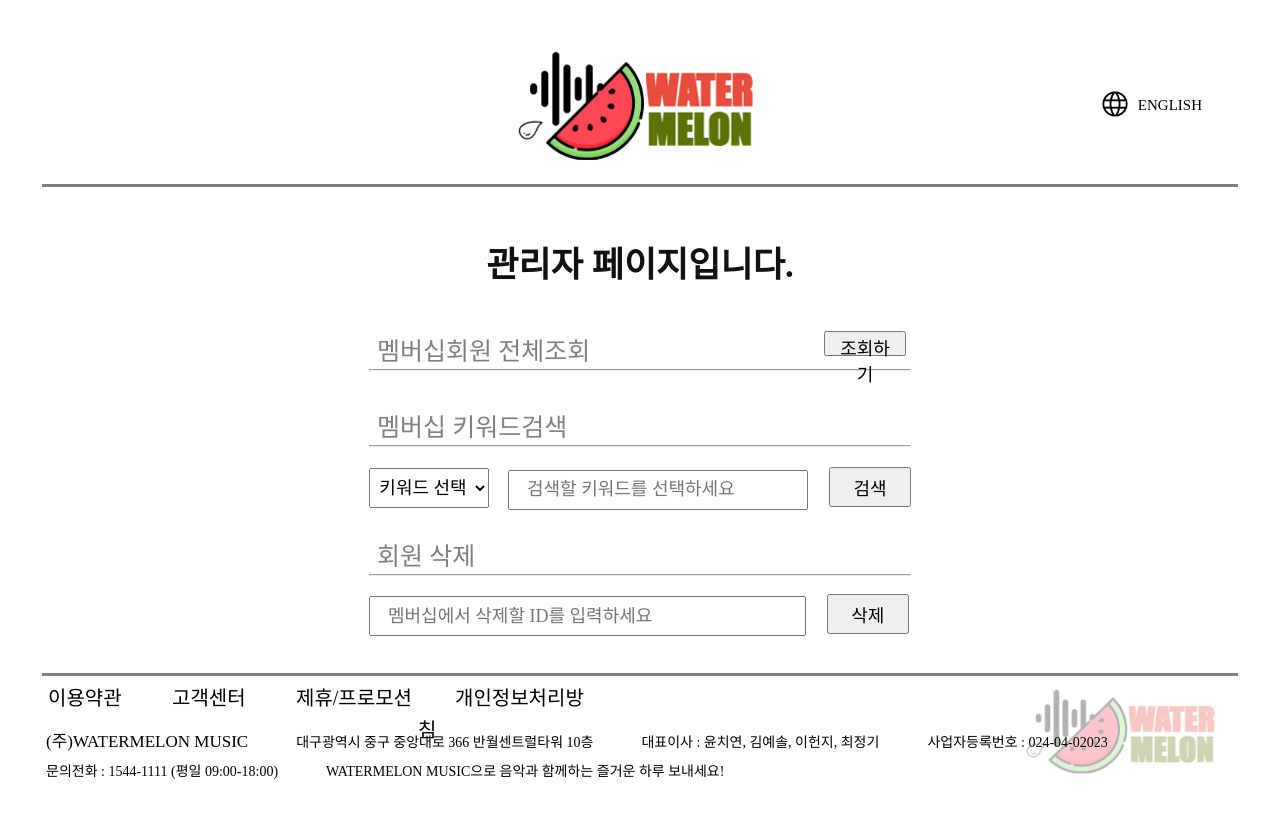
Repository: anchobb/TEAM_STS
Page: http://localhost/PJ_TEAM01/WEB-INF/views/membershipM.jsp
These files come from the project's save history. The page is drawn as it stood at one moment and after the next save; the edit follows.
The browser window is 1280 px wide. The pictures show the whole page.
Some web fonts or font styles are not loaded; a fallback is used. Some web libraries are served in a nearby version. The page is served by Tomcat 9. Nobody is signed in. The template is opened directly, without the code that normally fills it, so the values that code supplies are empty.

Above is the page before, as saved 2023-09-17 11:58:07.

After the next save:
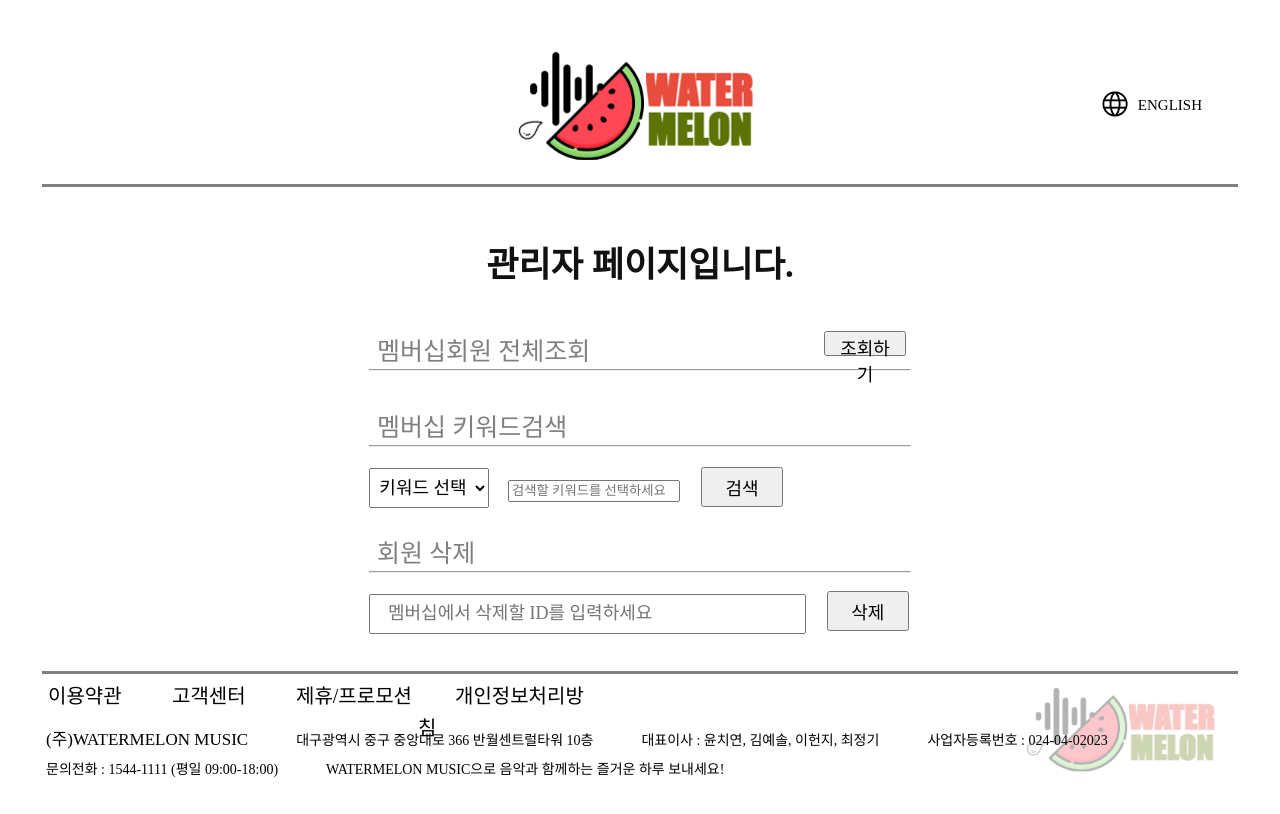
Saved 2 min 35 s later.
--- a/PJ_TEAM01/src/main/webapp/resources/static/css/membershipM_Page.css
+++ b/PJ_TEAM01/src/main/webapp/resources/static/css/membershipM_Page.css
@@ -46,7 +46,7 @@
 		font-size: 18px;
 	}
 
-	#search_input{
+	.search_input{
 	 	width: 300px;
         height: 40px;
         box-sizing: border-box;

After the save that followed:
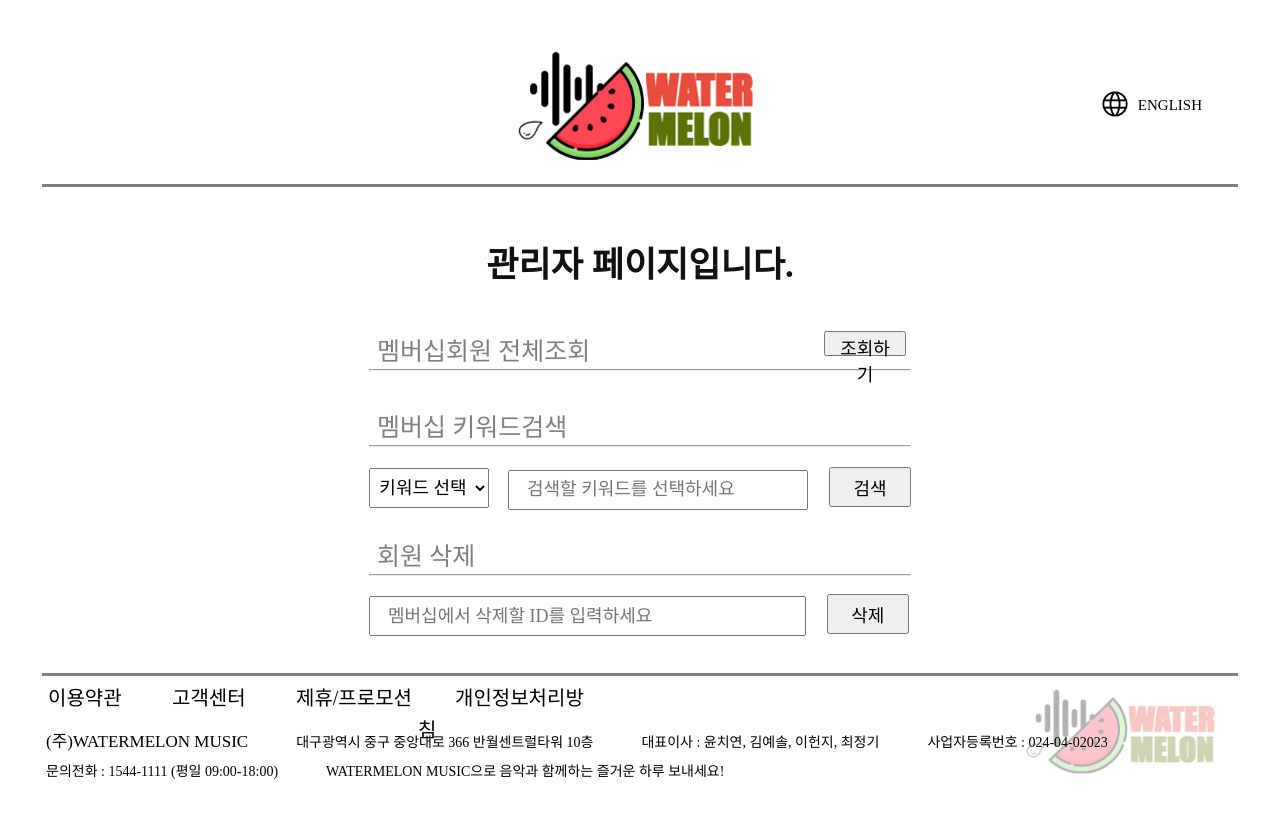
Saved 66 s later.
--- a/PJ_TEAM01/src/main/webapp/WEB-INF/views/membershipM.jsp
+++ b/PJ_TEAM01/src/main/webapp/WEB-INF/views/membershipM.jsp
@@ -59,8 +59,8 @@
 					<option value="id">ID 검색</option>
 					<option value="endDate">종료날짜 검색</option>
 				</select>
-				<form action="membership/search" method="post">
-			    	<input type="text" id="search_input" placeholder="검색할 키워드를 선택하세요">
+				<form action="${pageContext.request.contextPath}/membership_selectId" method="post">
+			    	<input type="text" class="search_input" placeholder="검색할 키워드를 선택하세요">
 			    	<button class="oneuser" type="submit" >검색</button>
 				</form>
 		    </div>
